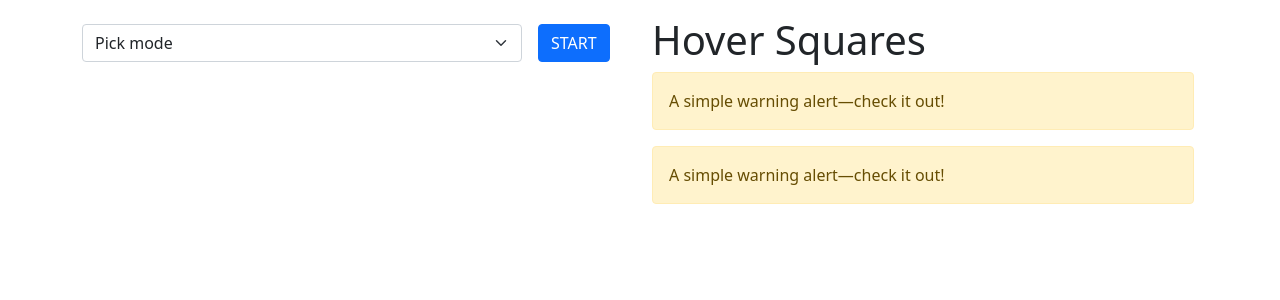
Repository: tsydikov/StarNaviTestTask
Page: /
An editor plug-in stored every save of this project. The page is shown before and after the next save, followed by the edit.
The browser window is 1280 px wide. The pictures show the whole page.
The project was rebuilt for these pictures with package versions that can differ from the ones it lists, and the page was loaded fresh each time.

Above is the page before, as saved 2021-08-13 11:34:14.

### public/index.html
<!DOCTYPE html>
<html lang="en">
  <head>
    <meta charset="utf-8" />
    <link rel="icon" href="%PUBLIC_URL%/favicon.ico" />
    <meta name="viewport" content="width=device-width, initial-scale=1" />
    <meta name="theme-color" content="#000000" />
    <meta
      name="description"
      content="Web site created using create-react-app"
    />
    <link rel="apple-touch-icon" href="%PUBLIC_URL%/logo192.png" />
    <!--
      manifest.json provides metadata used when your web app is installed on a
      user's mobile device or desktop. See https://developers.google.com/web/fundamentals/web-app-manifest/
    -->
    <link rel="manifest" href="%PUBLIC_URL%/manifest.json" />
    <link href="https://cdn.jsdelivr.net/npm/bootstrap@5.1.0/dist/css/bootstrap.min.css" rel="stylesheet" integrity="sha384-KyZXEAg3QhqLMpG8r+8fhAXLRk2vvoC2f3B09zVXn8CA5QIVfZOJ3BCsw2P0p/We" crossorigin="anonymous">
    <!--
      Notice the use of %PUBLIC_URL% in the tags above.
      It will be replaced with the URL of the `public` folder during the build.
      Only files inside the `public` folder can be referenced from the HTML.

      Unlike "/favicon.ico" or "favicon.ico", "%PUBLIC_URL%/favicon.ico" will
      work correctly both with client-side routing and a non-root public URL.
      Learn how to configure a non-root public URL by running `npm run build`.
    -->
    <title>React App</title>
  </head>
  <body>
    <noscript>You need to enable JavaScript to run this app.</noscript>
    <div id="root"></div>
    <!--
      This HTML file is a template.
      If you open it directly in the browser, you will see an empty page.

      You can add webfonts, meta tags, or analytics to this file.
      The build step will place the bundled scripts into the <body> tag.

      To begin the development, run `npm start` or `yarn start`.
      To create a production bundle, use `npm run build` or `yarn build`.
    -->
  </body>
</html>

### src/App.js
import React from 'react'
import './App.css'
import GameMode from './component/GameMode';


// const board = document.querySelector('#board')

function App() {
//   for (let i = 0; i < 5; i++) {
//     // for (let j = 0; j < 5; j++) {
//       const square = document.createElement('div')
//       square.classList.add('square')
//       board.append(square)
//     // }
// }
console.log(document.querySelector('#board'))
  return (
    <div className="container p-3">
      <div className="row ">
        <div className="col">
          <GameMode />
          <div className="row">
            <div className="col">
              <div className="containerSquares" id="board">

              </div>
            </div>
          </div>
        </div>
        <div className="col">
          <h1>Hover Squares</h1>
          <div className="alert alert-warning" role="alert">
            A simple warning alert—check it out!
          </div>
            <div className="alert alert-warning" role="alert">
              A simple warning alert—check it out!
            </div>
        </div>
      </div>
    </div>
  );
}

export default App;

### src/App.css
.p {
    float: left;
    width: 80%;
    margin-right: 1rem;
}

.containerSquares {
    display: flex;
    justify-content: center;
    align-items: center;
    flex-wrap: wrap;
    max-width: 400px;
  }

  .square {
    width: 16px;
    height: 16px;
    background: white;
    margin: 2px;
    box-shadow: 0 0 2px #000;
    transition: 2s ease;
  }

### src/component/GameMode.js
import React from "react";

export default class GameMode extends React.Component {
    constructor(props) {
        super(props)

        this.state = {}
    }

    render() {
        return (
            <div className="row">
            <div className="col p-2">
              <select className="form-select p" aria-label="Default select example" defaultValue="0">
                <option value="0">Pick mode</option>
                <option value="1">Easy</option>
                <option value="2">Normal</option>
                <option value="3">Hard</option>
              </select>
              <button type="button" className="btn btn-primary">START</button>
            </div>
          </div>
        )
    }
}

### src/component/Alert.js
import React from "react";

export const Alert = () => {
    return (
        <div className="col">
          <h1>Hover Squares</h1>
          <div className="alert alert-warning" role="alert">
            A simple warning alert—check it out!
          </div>
            <div className="alert alert-warning" role="alert">
              A simple warning alert—check it out!
            </div>
        </div>
    )
}

Loaded but not shown: src/index.js (common file); src/reportWebVitals.js (common file)

After the next save:
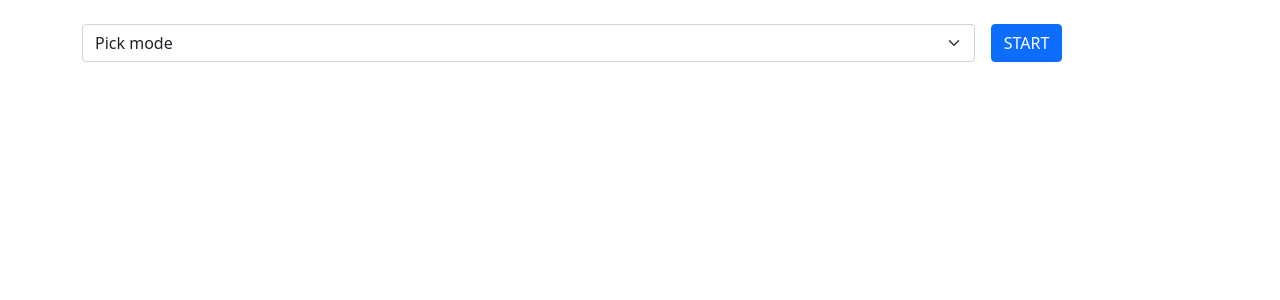
Saved 3 s later.
--- a/src/App.js
+++ b/src/App.js
@@ -27,15 +27,7 @@
             </div>
           </div>
         </div>
-        <div className="col">
-          <h1>Hover Squares</h1>
-          <div className="alert alert-warning" role="alert">
-            A simple warning alert—check it out!
-          </div>
-            <div className="alert alert-warning" role="alert">
-              A simple warning alert—check it out!
-            </div>
-        </div>
+
       </div>
     </div>
   );

After the save that followed:
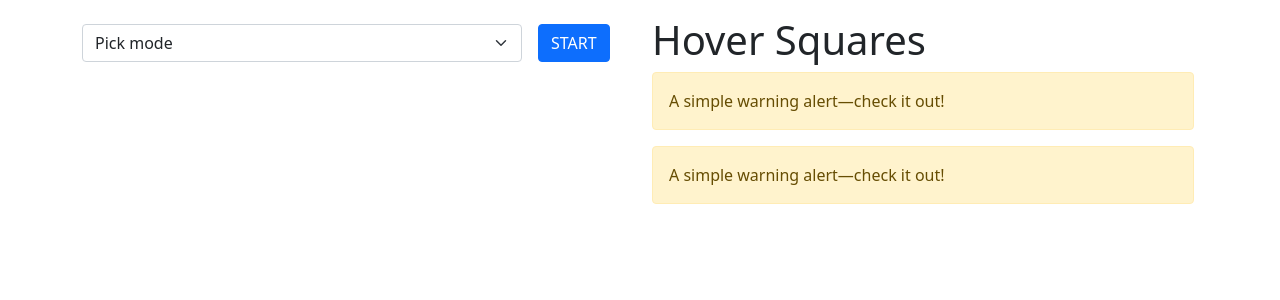
Saved 14 s later.
--- a/src/App.js
+++ b/src/App.js
@@ -1,5 +1,6 @@
 import React from 'react'
 import './App.css'
+import { Alert } from './component/Alert';
 import GameMode from './component/GameMode';
 
 
@@ -27,7 +28,7 @@
             </div>
           </div>
         </div>
-
+        <Alert />
       </div>
     </div>
   );
